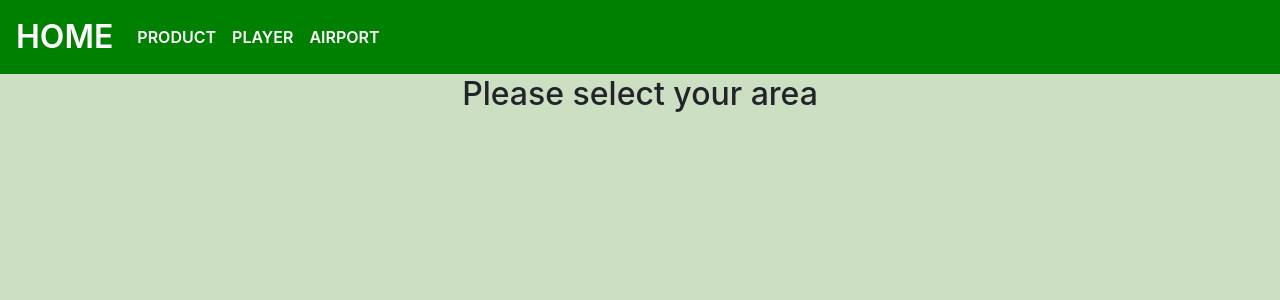
Repository: 05Mohammedismail/xworkz--Advance-Java
Page: http://localhost/Sep13_JSP/
An editor plug-in stored every save of this project. The page is shown before and after the next save, followed by the edit.
The browser window is 1280 px wide. The pictures show the whole page.
The page is served by Tomcat 9.

Above is the page before, as saved 2023-09-14 04:38:10.

After the next save:
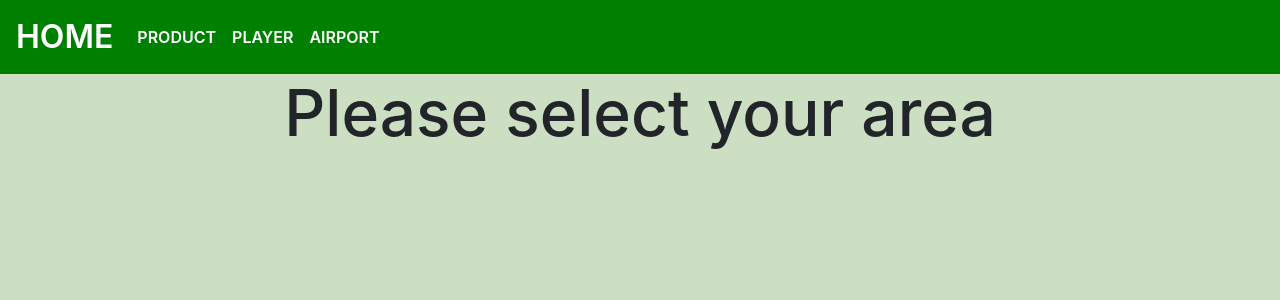
Saved 18 s later.
--- a/Sep13_JSP/src/main/webapp/index.jsp
+++ b/Sep13_JSP/src/main/webapp/index.jsp
@@ -16,7 +16,7 @@ background-color: rgb(204, 223, 194);
 
 body h1{
 text-align: center;
-font-size: 2em;
+font-size: 4em;
 }
 .navbar-brand{
 font-size: 2em;
